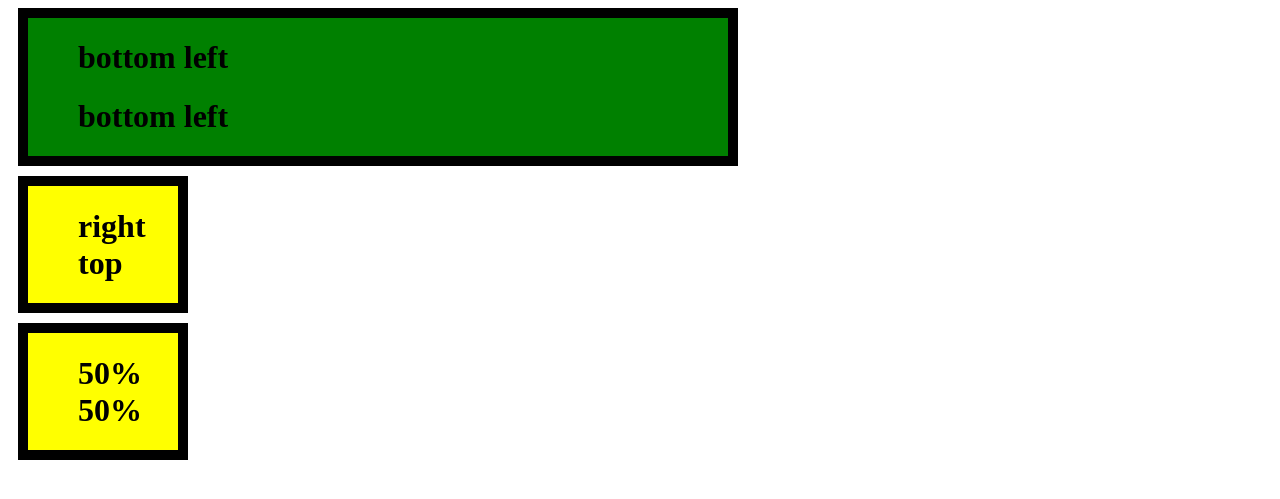
Repository: antonio63j/misNotas
Page: software/CSS/Demos/aptana_proyect/src/static-normal.html
An editor plug-in stored every save of this project. The page is shown before and after the next save, followed by the edit.
The browser window is 1280 px wide. The pictures show the whole page.

Above is the page before, as saved 2017-04-23 15:45:53.

After the next save:
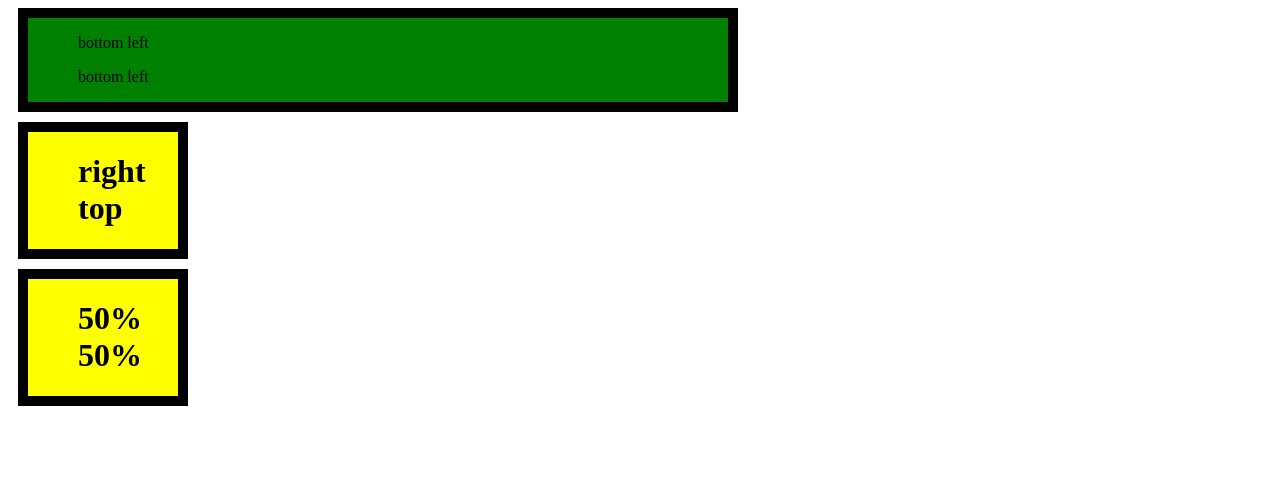
Saved 45 s later.
--- a/software/CSS/Demos/aptana_proyect/src/static-normal.html
+++ b/software/CSS/Demos/aptana_proyect/src/static-normal.html
@@ -66,7 +66,7 @@
 
 <body>
 
-<div id="caja1"><h1>bottom left</h1> <h1>bottom left</h1></div>
+<div id="caja1"><p>bottom left</p> <p>bottom left</p></div>
 <div id="caja2"><h1>right top</h1></div>
 <div id="caja3"><h1>50% 50%</h1></div>
 
